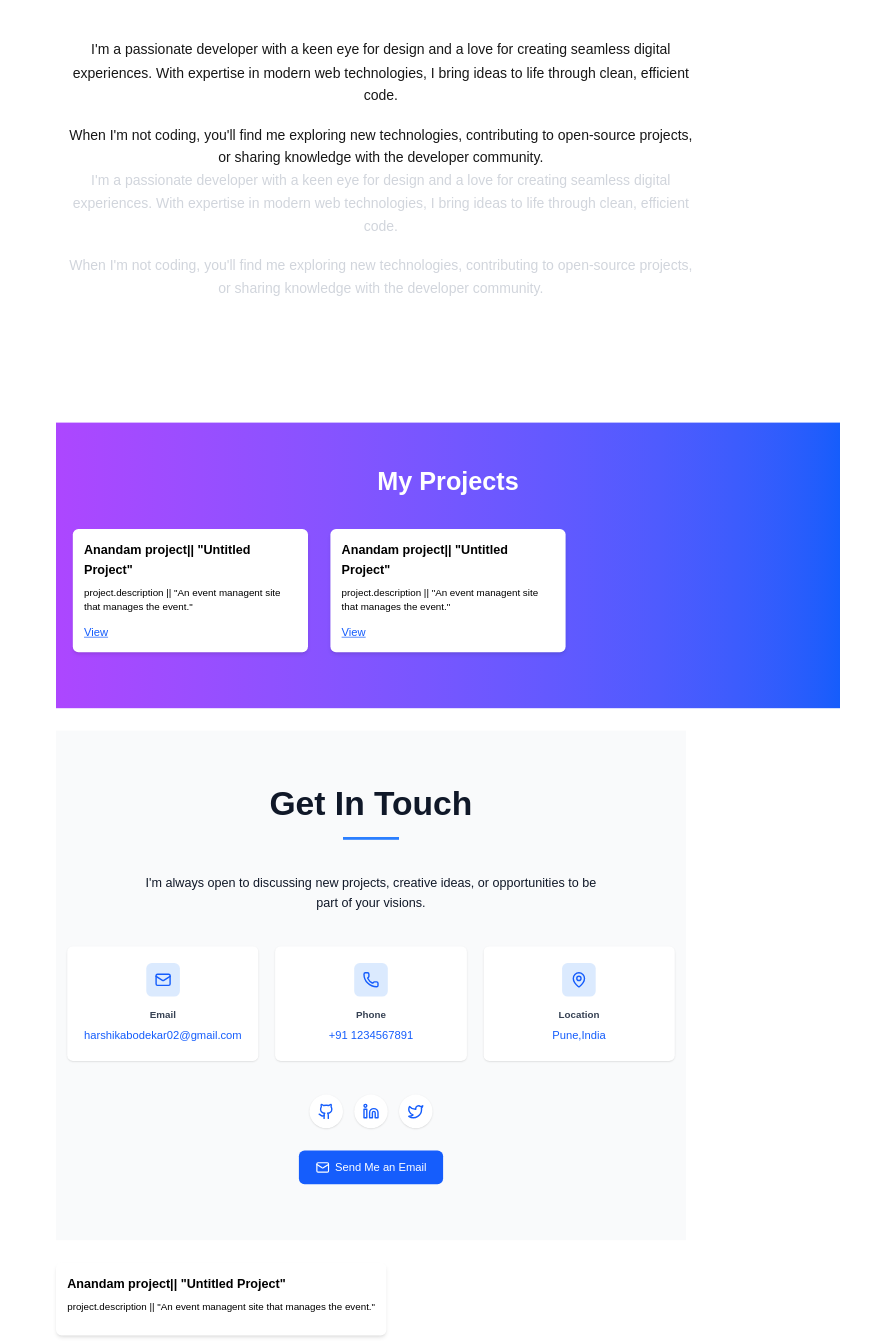
Repository: harshikabodekar/portfolio_awp
Page: /src/components
An editor plug-in stored every save of this project. The page is shown before and after the next save, followed by the edit.
The browser window is 1280 px wide. The pictures show the part of the page from y = 1194 to 3114 px (the page is 3266 px tall before and 3080 px after), at 70% of full size.
The project was rebuilt for these pictures with package versions that can differ from the ones it lists, and the page was loaded fresh each time. The framework's server and built-in components were replaced by stand-ins that run in the browser. Also part of the build but not shown: next.config.mjs.

Above is the page before, as saved 2025-10-15 20:22:22.

After the next save:
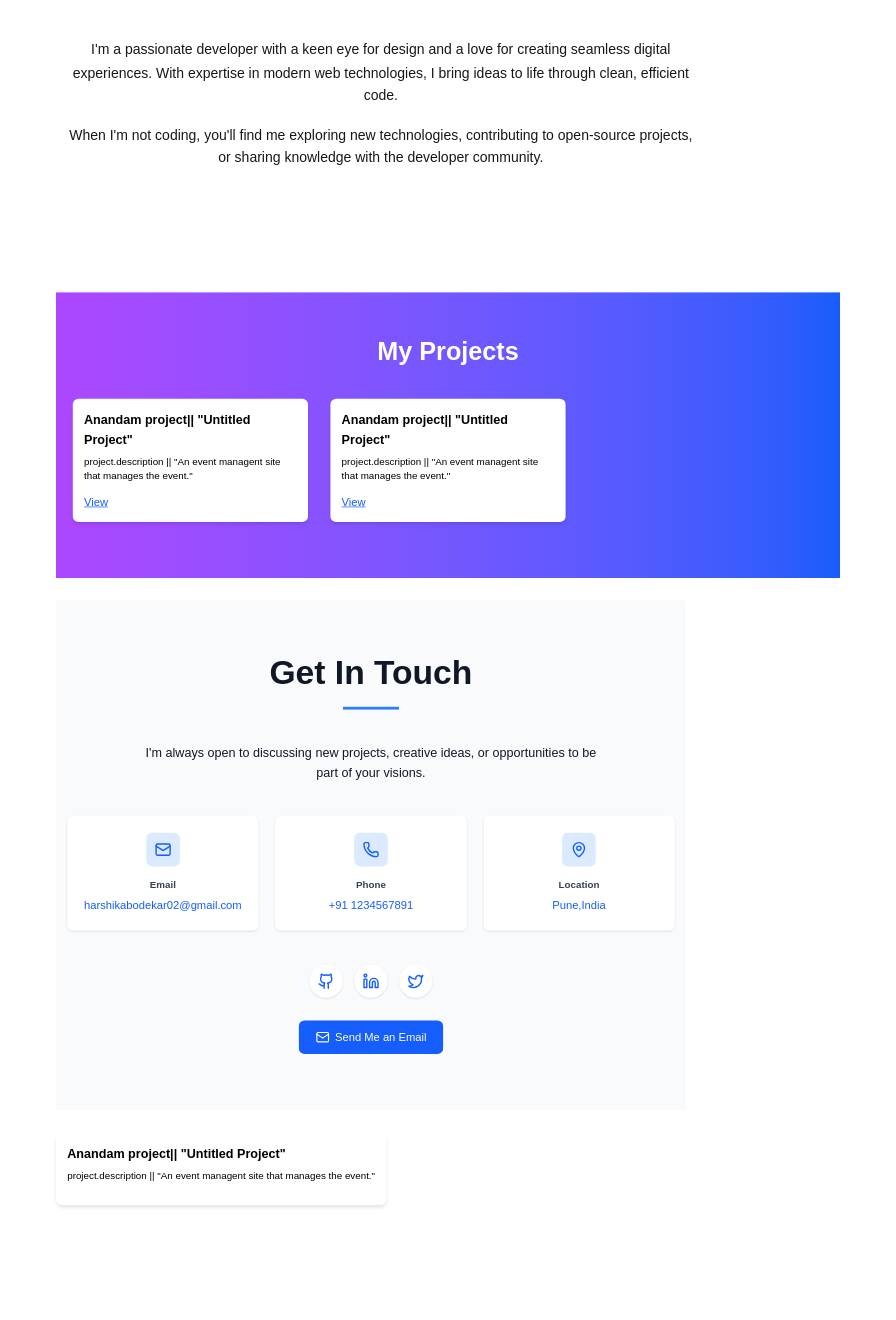
Saved 23 s later.
--- a/src/app/components/About.js
+++ b/src/app/components/About.js
@@ -21,15 +21,6 @@ const About = () => {
               open-source projects, or sharing knowledge with the developer community.
             </p>
 
-            <p className="text-xl text-gray-300 leading-relaxed mb-6">
-              I'm a passionate developer with a keen eye for design and a love for creating
-              seamless digital experiences. With expertise in modern web technologies, I bring
-              ideas to life through clean, efficient code.
-            </p>
-            <p className="text-xl text-gray-300 leading-relaxed">
-              When I'm not coding, you'll find me exploring new technologies, contributing to
-              open-source projects, or sharing knowledge with the developer community.
-            </p>
           </div>
 
           </div>
